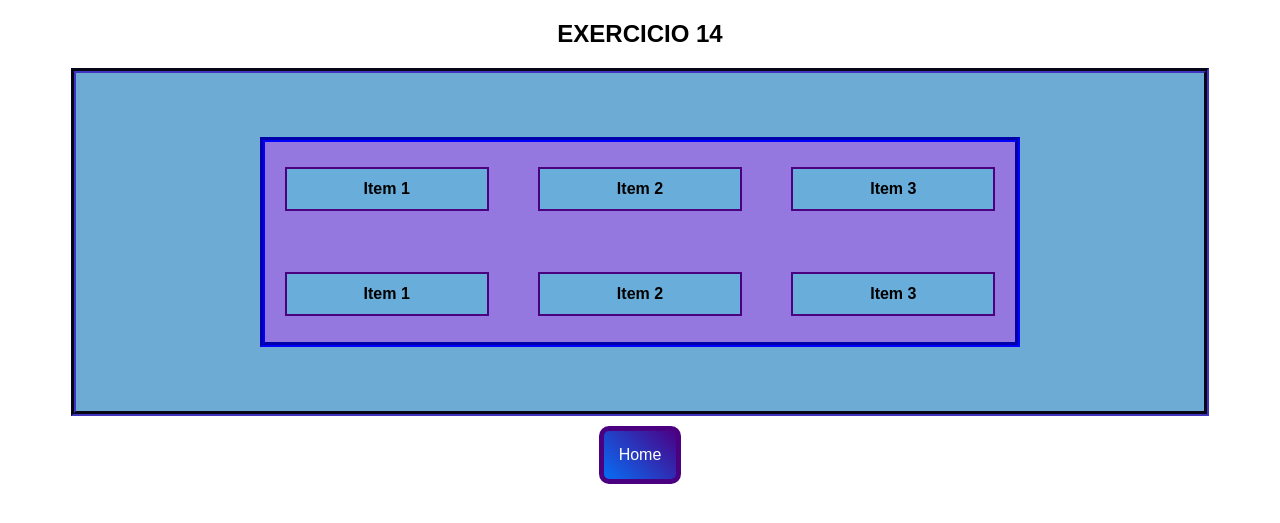
Repository: Elianmrey/TP1-Mobile-First
Page: EXERCISES/EX_14/index.html
These files come from the project's save history. The page is drawn as it stood at one moment and after a run of saves; the edit follows.
The browser window is 1280 px wide. The pictures show the whole page.

Above is the page before, as saved 2024-08-05 16:38:07.

### EXERCISES/EX_14/index.html
<!DOCTYPE html>
<html lang="en">

<head>
  <link href="style.css" rel="stylesheet" type="text/css" />
  <meta charset="UTF-8">
  <meta name="viewport" content="width=device-width, initial-scale=1.0">
  <title>Document</title>
</head>

<body>

  <div class="titulo">
    <h2>EXERCICIO 14</h2>
  </div>

  <div class="container-principal">

    <div class="container-central">

      <div class="item">Item 1</div>
      <div class="item">Item 2</div>
      <div class="item">Item 3 </div>

      <div class="item">Item 1</div>
      <div class="item">Item 2</div>
      <div class="item">Item 3 </div>

    </div>


  </div>
  <a href="../../index.html" class="link-home">Home</a>
</body>

</html>

### EXERCISES/EX_14/style.css
body
{
display: flex ;
flex-direction: column;
margin: 0;
padding: 0;
font-family: sans-serif;
justify-content: center;
align-items:center;
}
.titulo
{
  text-align: center;
}

.container-principal
{
  display: flex;
  justify-content: center;
  gap: 10px;
  border: groove 5px rgb(36, 29, 107);
  padding: 5%;
  width: 1000px;
  background-color: rgb(109, 171, 212);
}
.container-central
{
  display: flex;
  flex-direction: row;
  flex-wrap: wrap;
  border: groove 5px blue;
  gap: 10px;
  width: 750px;
  height: 200px;
  justify-content: space-around;
  align-items: center;
  background-color: rgb(148, 120, 224);
}
 .item
 {
display: flex;
justify-content: center;
align-items: center;
width: 200px;
height: 40px;
list-style: none;
font-family: sans-serif;
font-weight: 600;
border: solid 2px indigo;
 background-color: rgb(105, 173, 218);
}

.link-home
{
  margin-top: auto;
  margin: 10px;
  padding: 15px;
  text-decoration: none;
  color: white;
  border: solid 5px indigo;
  border-radius: 10px;;
  background: linear-gradient(45deg, rgb(6, 110, 245), rgb(74, 1, 133))
}

After the next 3 saves:
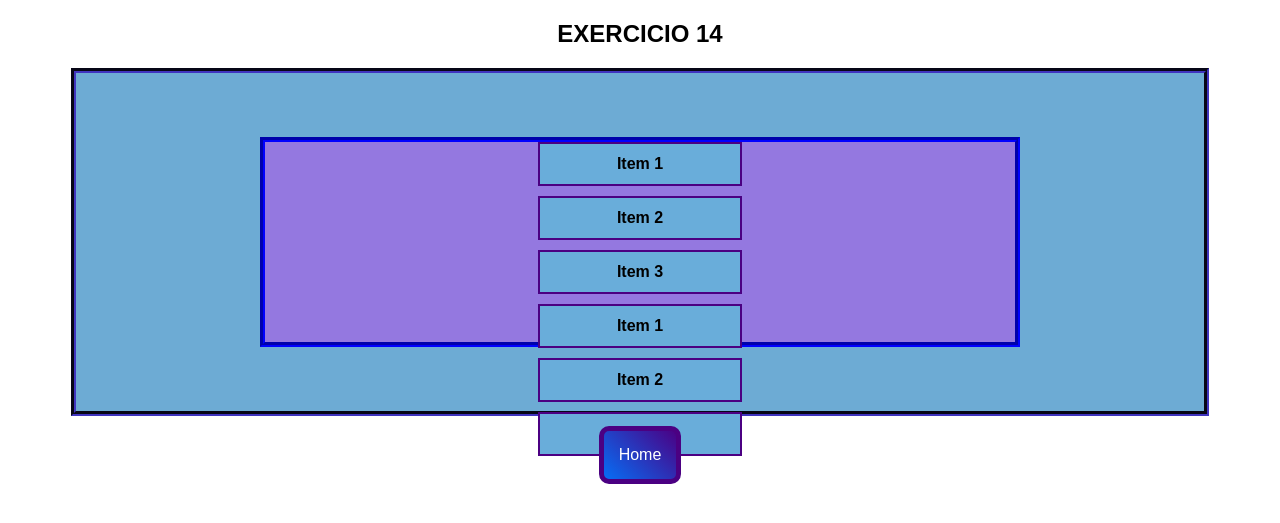
The 3 saves are shown as one change because they came seconds apart.
The last was saved 43 s later.
--- a/EXERCISES/EX_14/style.css
+++ b/EXERCISES/EX_14/style.css
@@ -25,9 +25,8 @@ align-items:center;
 }
 .container-central
 {
-  display: flex;
-  flex-direction: row;
-  flex-wrap: wrap;
+  display: grid;
+
   border: groove 5px blue;
   gap: 10px;
   width: 750px;
